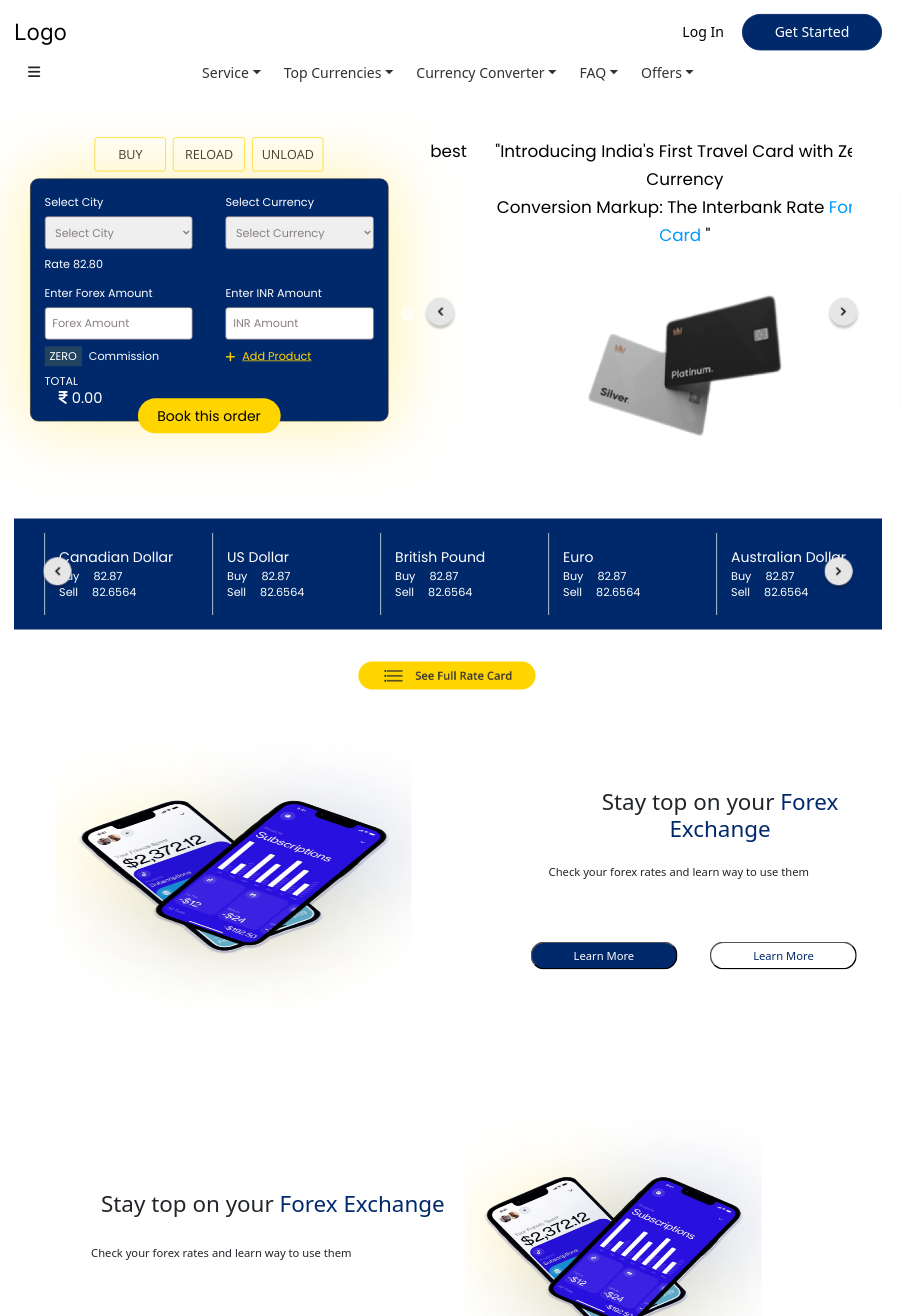
Repository: FlyweisReact/Akshadeep-latest
Page: /
These files come from the project's save history. The page is drawn as it stood at one moment and after a run of saves; the edit follows.
The browser window is 1280 px wide. The page is 1285 px wide, so the pictures cover 1285 px, including what lies to the right of the window. The pictures show the part of the page from y = 0 to 1880 px (the page is 4487 px tall), at 70% of full size.
Some web libraries are served in a nearby version. The project was rebuilt for these pictures with package versions that can differ from the ones it lists, and the page was loaded fresh each time. Also part of the build but not shown: src/components/exchange.jsx, src/components/order_p1.jsx, src/components/order_p2.jsx, src/components/faas.jsx, src/components/offer.jsx, src/components/main2.jsx, src/components/home.jsx, src/components/slider.jsx and 6 more.

Above is the page before, as saved 2023-05-23 15:28:56.

### public/index.html
<!DOCTYPE html>
<html lang="en">
  <head>
    <meta charset="utf-8" />
    <link rel="icon" href="%PUBLIC_URL%/favicon.ico" />
    <meta name="viewport" content="width=device-width, initial-scale=1" />
    <meta name="theme-color" content="#000000" />
    <meta
      name="description"
      content="Web site created using create-react-app"
    />
    <link rel="apple-touch-icon" href="%PUBLIC_URL%/logo192.png" />

    <link rel="manifest" href="%PUBLIC_URL%/manifest.json" />
    <link rel="stylesheet" href="https://cdnjs.cloudflare.com/ajax/libs/font-awesome/5.15.3/css/all.min.css" />
    <link href="https://cdn.jsdelivr.net/npm/bootstrap@5.3.0-alpha1/dist/css/bootstrap.min.css" rel="stylesheet" integrity="sha384-GLhlTQ8iRABdZLl6O3oVMWSktQOp6b7In1Zl3/Jr59b6EGGoI1aFkw7cmDA6j6gD" crossorigin="anonymous">
    <title>React App</title>
  </head>
  <body>
    <noscript>You need to enable JavaScript to run this app.</noscript>
    <div id="root"></div>
    <script src="https://kit.fontawesome.com/b533b351e4.js" crossorigin="anonymous"></script>
  </body>
</html>

### src/components/Main.jsx
/** @format */

import React from "react";
import Navbar from "./navbar";
import "react-responsive-carousel/lib/styles/carousel.min.css";
import BottomCont from "./bottom_cont";
import Footer from "./footer";
import img from "../Images/a-7.png";
import img4 from "../Images/a-57.png";
import img5 from "../Images/a-58.png";
import UpperForm from "./Component/Index/UpperForm";
import UpperSlider from "./Component/Index/UpperSlider";
import CurrencySlider from "./Component/Index/CurrencySlider";

function Main() {
  return (
    <>
      <Navbar />

      <div  className="upper-two-component">
        <div className="left-component">
          <UpperForm />
        </div>
        <div className="right-component">
          <UpperSlider />
        </div>
      </div>


      <div className="Index-currency_cont">
      <CurrencySlider />
      </div>







      <div className="main-mid-2-cont">
        <img src={img5} alt="" />
      </div>
      <div className="main-2-cont">
        <div className="main-2-left">
          <img src={img} alt="" />
        </div>
        <div className="main-2-right">
          <h2>
            Stay top on your <spam className="sp">Forex Exchange</spam>
          </h2>
          <p>Check your forex rates and learn way to use them</p>
          <div className="main-2-r-btn">
            <button className="main-2l-btn">Learn More</button>
            <button className="main-2r-btn">Learn More</button>
          </div>
        </div>
      </div>
      <div className="main-3-cont">
        <div className="main-3-left">
          <h2>
            Stay top on your <spam className="sp">Forex Exchange</spam>
          </h2>
          <p>Check your forex rates and learn way to use them</p>
          <div className="main-2-r-btn">
            <button className="main-2l-btn">Learn More</button>
            <button className="main-2r-btn">Learn More</button>
          </div>
        </div>
        <div className="main-3-right">
          <img src={img} alt="" />
        </div>
      </div>
      <BottomCont />
      <Footer />
    </>
  );
}

export default Main;

### src/Style/Header.css
/** @format */

.Sticky-Header-Companent {
  height: 100%;
  background-color: var(--white);
  position: sticky;
  top: 0;
  z-index: 999;
  padding: 20px;
  transition: box-shadow 0.3s ease;
}

.scrolled {
  box-shadow: rgba(0, 0, 0, 0.24) 0px 3px 8px;
}

.Header {
  width: 100%;
  display: flex;
  justify-content: space-between;
  align-items: center;
}

.Header .left-component a {
  font-family: InterFont;
  font-size: 2rem;
  color: #000000;
  cursor: pointer;
  text-decoration: none;
}

.Header .right-component {
  display: flex;
  gap: 20px;
}
.Header .right-component .btn1 {
  font-weight: 500;
  font-size: var(--medium-font);
  color: var(--black);
  background-color: transparent;
  border: none;
}
.Header .right-component .btn2 {
  font-size: var(--medium-font);
  color: var(--white);
  background-color : #00296B;
  border: 1px solid #00296B;
  padding: 10px;
  width: 200px;
  border-radius: var(--half-border);
}

/* Category Drop- Down */
.Drop-Category-Bar {
  display: flex;
  align-items: center;
}
.Drop-Category-Bar .left-container {
  width: 20%;
  padding: 20px;
}

.Drop-Category-Bar .right-Container {
  display: flex;
  width: 60%;
  justify-content: space-evenly;
}

.Drop-Category-Bar .left-container i {
  font-size: var(--medium-font);
  cursor: pointer;
}
.Drop-Category-Bar .right-Container #dropdown-basic {
  border: none;
  font-size: var(--medium-font);
  font-style: normal;
  line-height: 29px;
  color: #333131;
}
.Drop-Category-Bar .right-Container #dropdown-button-drop-end {
  width: 100%;
  display: flex;
  justify-content: space-between;
  gap: 20px;
  align-items: center;
  font-size: var(--small-font);
  border: none;
}
.Drop-Category-Bar .right-Container .dropdown-item {
  width: 100%;
  font-size: var(--small-font);
  border: none;
  padding-left: 12px;
}

/* FullScreen Offcanvas */
.offcanvas.offcanvas-start {
  width: 100% !important;
  background-color: transparent;
}
.offcanvas-backdrop.show {
  opacity: 0.9 !important;
}
.Offcanvas-Menu {
  position: relative;
  padding: 20px;
}
.Offcanvas-Menu .fa-x {
  font-size: var(--medium-font);
  color: #fff;
  position: absolute;
  right: 20px;
  top: 20px;
  cursor: pointer;
}
.Offcanvas-Menu .Menu-Items {
  display: flex;
  justify-content: space-evenly;
  align-items: center;
  position: absolute;
  top: 50%;
  gap: 20px;
  left: 50%;
  transform: translate(-50%, -50%);
  width: 100%;
  padding-left: 5%;
  padding-right: 5%;
}
.Offcanvas-Menu .Menu-Items div {
  width: 20%;
  cursor: pointer;
}
.Offcanvas-Menu .Menu-Items div img {
  display: block;
  margin: auto;
}
.Offcanvas-Menu .Menu-Items div a {
  text-decoration: none;
}
.Offcanvas-Menu .Menu-Items p {
  font-size: var(--medium-font);
  color: #ffffff;
  text-align: center;
  margin-top: 10px;
  font-family: OpenFont;
  text-decoration: none;
  width: 100%;
}

### src/Style/Layout.css
/* Two Section Component */
.upper-two-component {
    display: flex;
    justify-content: space-evenly;
    padding-top: 20px;
}
.upper-two-component .left-component{
    width: 40%;
}
.upper-two-component .right-component{
    width: 50%;
}

/* Currency Container */
.Index-currency_cont{
    width: 100%;
    padding: 20px;
}

### src/Style/Component.css
/**
 * Upper Form Component
 *
 * @format
 */

.Index-Upper-Form {
  width: 100%;
  padding-top: 20px;
}
.Index-Upper-Form .button-container {
  display: flex;
  align-items: center;
  justify-content: center;
  gap: 10px;
  width: 100%;
}
.Index-Upper-Form .button-container button {
  background-color: #fff;
  color: #333;
  border: 1px solid #ffd500;
  font-size: var(--small-font);
  cursor: pointer;
  padding: 10px;
  width: 20%;
  font-family: OpenFont;
  border-radius: 4px;
  transition: 0.5s;
}
.Index-Upper-Form .button-container button:hover {
  background: #ffd500;
}
.Index-Upper-Form .form-cont {
  width: 100%;
  margin-top: 10px;
  background: #00296b;
  border: 1px solid #333131;
  box-shadow: 0px 0px 100px 8px rgba(255, 213, 0, 0.3);
  border-radius: 12px;
  position: relative;
  padding: 20px;
}
.Index-Upper-Form .form-cont .form-part-1 .two-cont {
  display: flex;
  justify-content: space-between;
  width: 100%;
}
.Index-Upper-Form .form-cont .form-part-1 .two-cont div {
  width: 45%;
}
.Index-Upper-Form .form-cont .form-part-1 .two-cont div label {
  color: var(--white);
  font-size: var(--extra-small-font);
  font-family: PoppinFont;
  line-height: 24px;
  color: #ffffff;
}

.Index-Upper-Form .form-cont .form-part-1 .two-cont div select {
  width: 100%;
  margin-top: 3px;
  outline: none;
  font-size: var(--extra-small-font);
  color: #897f7f;
  font-family: PoppinFont;
  padding: 10px;
  border-radius: 4px;
  border: 1px solid #897f7f;
}
.Index-Upper-Form .form-cont .form-part-1 .rate {
  font-size: 16px;
  line-height: 24px;
  color: #ffffff;
  margin-top: 10px;
  font-family: PoppinFont;
}
.Index-Upper-Form .form-cont .form-part-1 .two-cont div input {
  width: 100%;
  margin-top: 3px;
  outline: none;
  font-size: var(--extra-small-font);
  color: #897f7f;
  font-family: PoppinFont;
  padding: 10px;
  border-radius: 4px;
  border: 1px solid #897f7f;
}
.Index-Upper-Form .form-cont .form-part-1 .two-cont div input::placeholder {
  color: #897f7f;
}
.Index-Upper-Form .form-cont .form-part-1 .two-cont .two-section {
  display: flex;
  gap: 10px;
  color: var(--white);
  margin-top: 10px;
  align-items: center;
}
.Index-Upper-Form .form-cont .form-part-1 .two-cont .two-section p {
  margin: 0;
  font-family: PoppinFont;
}
.Index-Upper-Form .form-cont .form-part-1 .two-cont .two-section button {
  background-color: #214360;
  outline: none;
  border: 1px solid #214360;
  color: var(--white);
  font-family: PoppinFont;
}
.Index-Upper-Form .form-cont .form-part-1 .two-cont .two-section i {
  color: #ffd500;
}
.Index-Upper-Form .form-cont .form-part-1 .two-cont .two-section .add {
  color: #ffd500;
  text-decoration: underline;
}
.Index-Upper-Form .form-cont .ord-btn {
  font-size: var(--medium-font);
  font-family: PoppinFont;
  background: #ffd500;
  border-radius: 30.2748px;
  border: none;
  width: 40%;
  padding: 10px;
  display: block;
  margin: auto;
  position: absolute;
  top: 98%;
  cursor: pointer;
  left: 50%;
  transform: translate(-50%, -50%);
}

/* Slick Slider */
.slick-slider-Cont {
  position: relative;
}
.slick-slider-Cont .Prev-Next_cont {
  display: flex;
  justify-content: space-between;
}
.slick-slider-Cont .Prev-Next_cont .PrevImg {
  position: absolute;
  top: 50%;
  left: 5%;
  transform: translate(-50%, -50%);
  cursor: pointer;
}
.slick-slider-Cont .Prev-Next_cont .NextImg {
  position: absolute;
  top: 50%;
  left: 95%;
  transform: translate(-50%, -50%);
  cursor: pointer;
}

.Slick-Slider {
  height: 100%;
  padding: 20px;
}
.Slick-Slider .slider-container-div {
  width: 100%;
}
.Slick-Slider .slider-container-div p {
  font-family: PoppinFont;
  font-size: 24px;
  line-height: 40px;
  color: #000;
  text-align: center;
  margin: 0;
}
.Slick-Slider .slider-container-div img {
  display: block;
  margin: auto;
}
.Slick-Slider:focus {
  border: none !important;
}
.Slick-Slider:active {
  border: none !important;
}

.Slick-Slider .slider-container-div .two-comp {
  display: flex;
  justify-content: space-evenly;
  gap: 10px;
}
.Slick-Slider .slider-container-div .two-comp .left-comp {
  width: 45%;
  position: relative;
}
.Slick-Slider .slider-container-div .two-comp .left-comp img {
  position: absolute;
  top: 50%;
  left: 50%;
  transform: translate(-50%, -50%);
}
.Slick-Slider .slider-container-div .two-comp .right-comp {
  width: 60%;
}
.Slick-Slider .slider-container-div .two-comp .right-comp div {
  display: flex;
  padding-top: 20px;
  gap: 20px;
  align-items: center;
}
.Slick-Slider .slider-container-div .two-comp .right-comp p {
  margin: 0;
  font-size: var(--extra-small-font);
  line-height: normal;
  width: 90%;
  text-align: left;
}
.Slick-Slider .slider-container-div .two-comp .right-comp i {
  margin: 0;
  background-color: #00a067;
  color: #fff;
  border-radius: 100%;
  padding: 5px;
}


/* Currency-Slider  */
.currency_slider_cont{
  background-color: #00296B;
  position: relative;
}
.currency_slider_cont .currency_slider{
  background-color: #00296B;
  height: 100%;
  padding: 20px;
}
.currency_slider_cont .currency_slider:focus {
  border: none !important;
}
.currency_slider_cont .currency_slider:active {
  border: none !important;
}

.currency_slider_cont .currency_slider .Item{
  color: #fff;
  border-right: 1px solid #fff;
  padding: 20px;
  width: 20%;
}
.currency_slider_cont .currency_slider .Item p{
  margin: 0;
}
.currency_slider_cont .currency_slider .Item .head{
  font-family: PoppinFont;
  font-size: var(--medium-font);
}
.currency_slider_cont .currency_slider .Item .two_sec{
  display: flex;
  align-items: center;
  gap: 20px;
}
.currency_slider_cont .currency_slider .Item .two_sec p{
  font-family: PoppinFont;
font-size: var(--extra-small-font);
}
.currency_slider_cont .Prev-Next_cont {
  display: flex;
  justify-content: space-between;
}
.currency_slider_cont .Prev-Next_cont .PrevImg {
  position: absolute;
  top: 50%;
  left: 5%;
  transform: translate(-50%, -50%);
  cursor: pointer;
}
.currency_slider_cont .Prev-Next_cont .NextImg {
  position: absolute;
  top: 50%;
  left: 95%;
  transform: translate(-50%, -50%);
}

### src/components/navbar.jsx
import Header from "./Layout/Header";

const Navbar = () => {
  return (
    <>
      <Header />

    </>
  );
};

export default Navbar;

### src/components/bottom_cont.jsx
import React from "react";
import img from "../Images/a-33.png";
import img2 from "../Images/a-34.png";
import img3 from "../Images/a-35.png";
import img4 from "../Images/a-36.png";
import img5 from "../Images/a-37.png";
import img6 from "../Images/a-51.png";

const BotCont = () => {
  return (
    <>
      <div className="bot-part-1">
        <div className="bot-cont-imgs">
          <div>
            <img src={img} />
            <h6>USD 1 Billion+</h6>
            <p>Exchanged so far</p>
          </div>
          <div>
            <img src={img2} />
            <h6>3,00,000+</h6>
            <p>Happy Customers</p>
          </div>
          <div>
            <img src={img3} />
            <h6>5000+</h6>
            <p>Banks and Money Exchangers</p>
          </div>
        </div>
      </div>
      <div className="bot-part-3">
        <img src={img6} />
      </div>
      <div className="bot-part-2">
        <h3>Media Mentions</h3>
        <div className="bot-part-2-sub">
          <div className="bot-cont-card">
            <h4>Loren Ipsum Id best Platform out there</h4>
            <p>
              Lorem Ipsum is simply dummy text of the printing and typesetting
              industry. Lorem Ipsum has been the industry's standard dummy text
              ever since the 1500s, when an unknown printer took a galley of
              type and scrambled it to make a type specimen book.
            </p>
            <div className="thin-line"></div>
            <div className="bot-cont-card-2">
              <img src={img4} />
              <p>5 star</p>
            </div>
          </div>
          <div className="bot-cont-card">
            <h4>Loren Ipsum Id best Platform out there</h4>
            <p>
              Lorem Ipsum is simply dummy text of the printing and typesetting
              industry. Lorem Ipsum has been the industry's standard dummy text
              ever since the 1500s, when an unknown printer took a galley of
              type and scrambled it to make a type specimen book.
            </p>
            <div className="thin-line"></div>
            <div className="bot-cont-card-2">
              <img src={img5} style={{height:"40px"}} />
              <p>5 star</p>
            </div>
          </div>
        </div>
      </div>
    </>
  );
};

export default BotCont;

### src/components/footer.jsx
import React from "react";

const Footer = () => {
  return (
    <footer className="footer">
      <div className="footer-cont">
        <div className="foot-row">
          <div className="foot-col">
            <h3>Company</h3>
            <p>About Us</p>
            <p>Contact Us</p>
            <p>Careers</p>
          </div>
          <div className="foot-col">
            <h3>Services</h3>
            <p>Prepaid Travel Card</p>
            <p>Foreign Demand Draft</p>
            <p>Foreign Currency</p>
            <p>Educational Loans</p>
            <p>Remmittance</p>
            <p>Travel Insurance</p>
            <p>Forex as a Service (Faas Solution)</p>
          </div>
          <div className="foot-col">
            <h3>Quick Links</h3>
            <p>FAQs</p>
            <p>Cancellation & Refund Policy</p>
            <p>Forex Rates</p>
            <p>Our Policies</p>
            <p>Terms of Use</p>
            <p>Site Map</p>
            <p>Offers</p>
          </div>
          <div className="foot-col">
            <h3>Insight</h3>
            <p>Blogs</p>
            <p>Press Release</p>
            <p>Foreign Currency</p>
            <p>Educational Loans</p>
            <p>Remmittance</p>
            <p>Travel Insurance</p>
            <p>Forex as a Service (Faas Solution)</p>
          </div>
          <div className="foot-col">
            <h3>Registered Office Address</h3>
            <p>Lorem Ipsum Pvt ltd.</p>
            <p>P-701 to P-705 lorem ipsum , 7th floor, 11th tower, panchsheel primerose, vatista
                , Gurugram, Hariyana
            </p>
            {/*<ul className="social-icons">
              <li>
                <a href="#">
                  <i className="fab fa-facebook-f"></i>
                </a>
              </li>
              <li>
                <a href="#">
                  <i className="fab fa-twitter"></i>
                </a>
              </li>
              <li>
                <a href="#">
                  <i className="fab fa-linkedin"></i>
                </a>
              </li>
              <li>
                <a href="#">
                  <i className="fab fa-instagram"></i>
                </a>
              </li>
            </ul>*/}
          </div>
        </div>
      </div>
      <div className="footer-bottom">
        <p>&copy; 2023 Forex Inc. All Rights Reserved.</p>
      </div>
    </footer>
  );
};

export default Footer;

### src/components/signup.jsx
import Button from "react-bootstrap/Button";
import Modal from "react-bootstrap/Modal";

function MyVerticallyCenteredModal(props) {
  return (
    <Modal
      {...props}
      size="lg"
      aria-labelledby="contained-modal-title-vcenter"
      centered
    >
      <Modal.Body>
        <div className="popupe-container">
          <div className="popupe">
            <span className="close" onClick={props.onHide}>
              &times;
            </span>
            <h2 className="form-title">Register</h2>
            <form>
              <div class="form-groupe">
                <label for="name" className="label-inp">Name</label>
                <input type="text" id="name" name="name" placeholder="Enter your name here" />
              </div>
              <div class="form-groupe">
                <label for="mobile" className="label-inp">Mobile Number</label>
                <input type="email" id="email" name="email" placeholder="Enter your mobile no here"/>
              </div>
              <div class="form-groupe">
                <label for="email" className="label-inp">Email</label>
                <input type="email" id="email" name="email" placeholder="Enter your email here"/>
              </div>
              <button type="submit" className="btn-form-submit">Submit</button>
            </form>
            <h2 className="form-title">Or</h2>
            <div className="form-bot-cont">
              <div className="left-btn">
                  <button className="btn-2">
                  <i class="fab fa-facebook-f fc" ></i>
                  facebook</button>
              </div>
              <div className="right-btn">
                  <button className="btn-2">
                  <i class="fab fa-google-plus-g gl"></i>
                    Google</button>
              </div>
            </div>
            </div>
          </div>
      </Modal.Body>
    </Modal>
  );
}

export default MyVerticallyCenteredModal;

### src/components/login.jsx

import Modal from "react-bootstrap/Modal";

function MyVerticallyCenteredModal(props) {
  return (
    <Modal
      {...props}
      size="lg"
      aria-labelledby="contained-modal-title-vcenter"
      centered
    >
      <Modal.Body>
        <div className="popupe-container">
          <div className="popupe">
            <span className="close" onClick={props.onHide}>
              &times;
            </span>
            <h2 className="form-title">Login</h2>
            <form>
              <div class="form-groupe">
                <label for="name" className="label-inp">Mobile Number/ Email Id</label>
                <input type="text" id="name" name="name" placeholder="Enter mobile number/ email Id" />
              </div>
              <button type="submit" className="btn-form-submit">Submit</button>
            </form>
            </div>
            <h2 className="form-title">Or</h2>
            <div className="form-bot-cont">
              <div className="left-btn">
                  <button className="btn-2">
                  <i class="fab fa-facebook-f fc" ></i>
                  facebook</button>
              </div>
              <div className="right-btn">
                  <button className="btn-2">
                  <i class="fab fa-google-plus-g gl"></i>
                    Google</button>
              </div>
            </div>
          </div>
      </Modal.Body>
    </Modal>
  );
}

export default MyVerticallyCenteredModal;

Loaded but not shown: src/Json/menu.json (187 lines, source omitted); src/components/Component/Index/UpperSlider.js (180 lines, source omitted); src/components/Component/Index/CurrencySlider.js (166 lines, source omitted); src/components/Component/Index/UpperForm.js (74 lines, source omitted); src/components/Layout/DropBar.js (60 lines, source omitted); src/components/Layout/Sidebar.js (70 lines, source omitted); src/App.js (50 lines, source omitted); src/components/Layout/Header.js (56 lines, source omitted); src/index.js (13 lines, source omitted); src/index.css (2406 lines, source omitted)

After the next 3 saves:
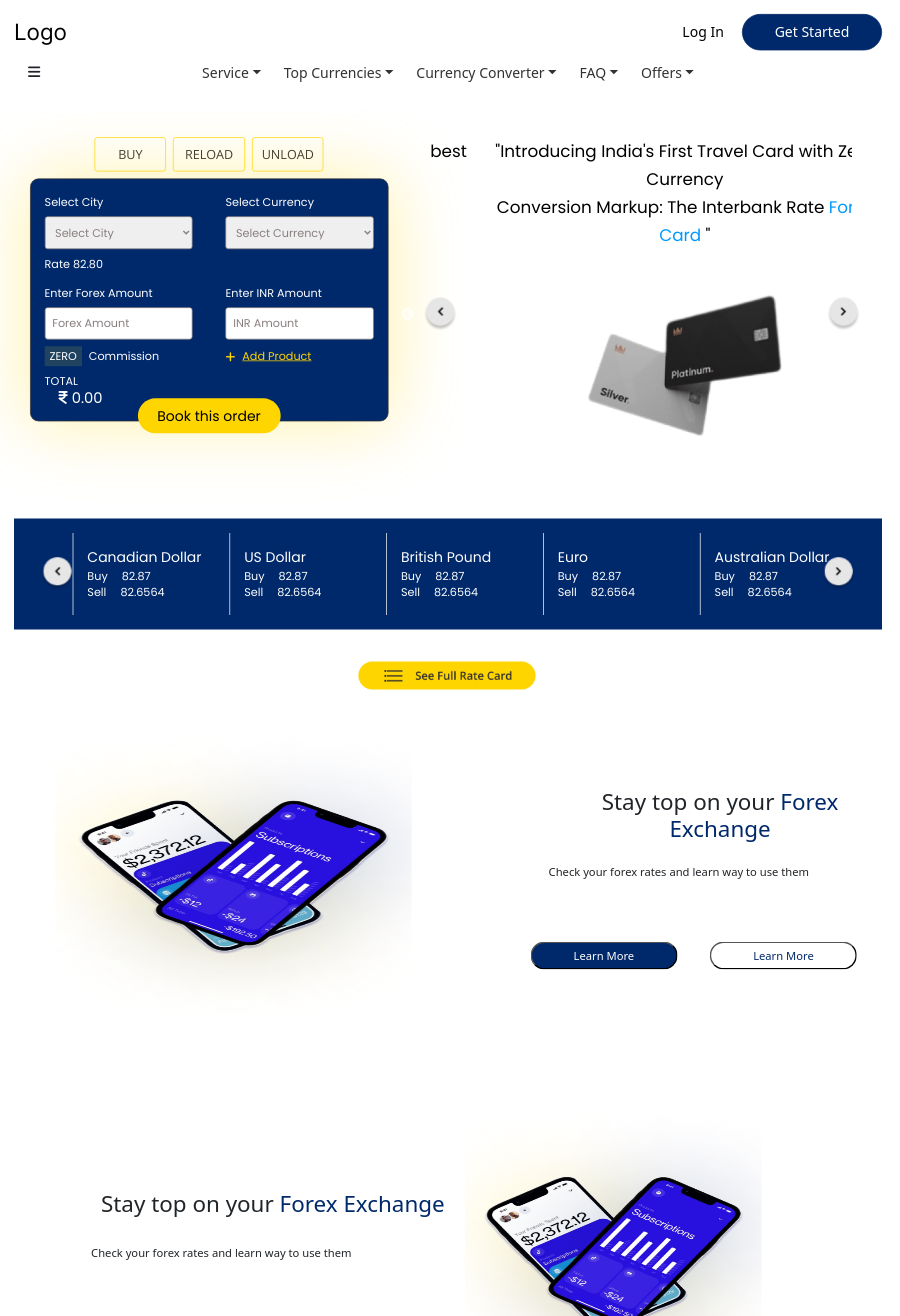
The 3 saves are shown as one change because they came seconds apart.
The last was saved 24 s later.
--- a/src/Style/Component.css
+++ b/src/Style/Component.css
@@ -228,6 +228,8 @@
   background-color: #00296B;
   height: 100%;
   padding: 20px;
+  padding-left: 5%;
+  padding-right: 5%;
 }
 .currency_slider_cont .currency_slider:focus {
   border: none !important;
